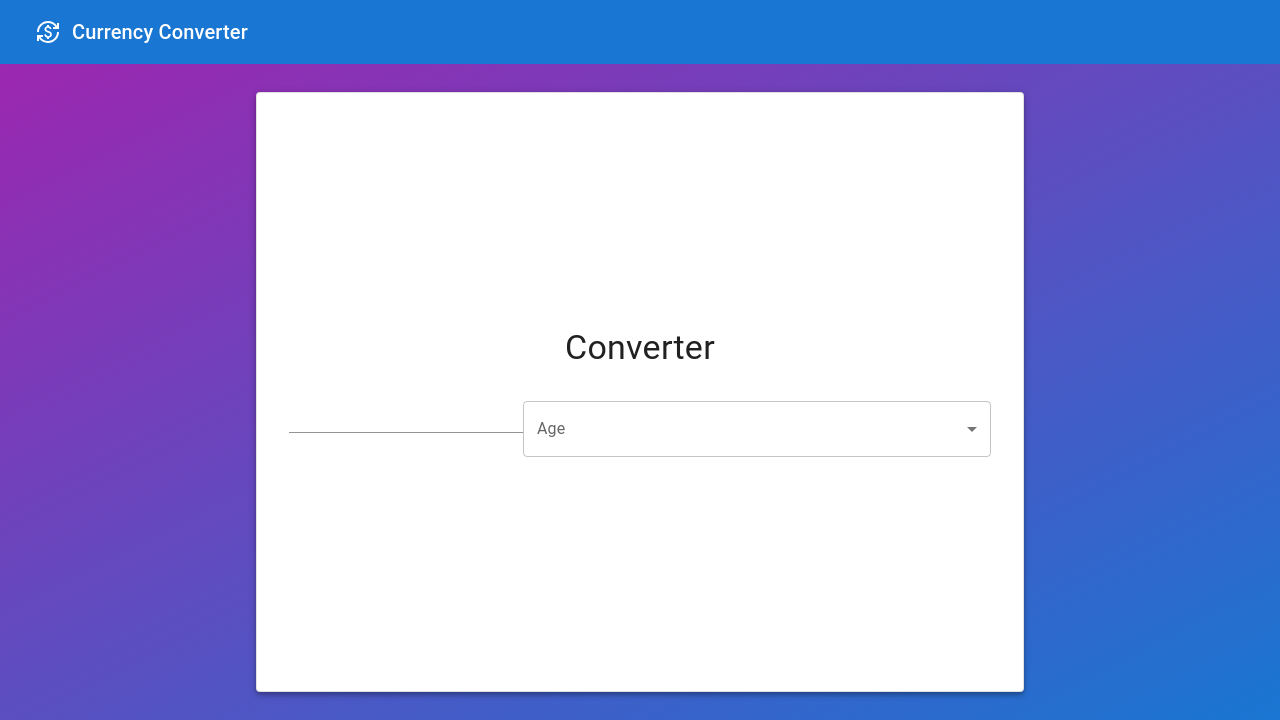
Repository: rutsguifd/currency-converter
Page: /
These files come from the project's save history. The page is drawn as it stood at one moment and after the next save; the edit follows.
The browser window is 1280 px wide. The pictures show the whole page.
The project was rebuilt for these pictures with package versions that can differ from the ones it lists, and the page was loaded fresh each time. Also part of the build but not shown: src/components/ErrorBoundary.jsx.

Above is the page before, as saved 2023-03-27 23:53:43.

### src/index.js
import { CssBaseline } from "@mui/material";
import React from "react";
import ReactDOM from "react-dom/client";
import { Provider } from "react-redux";
import { BrowserRouter } from "react-router-dom";
import App from "./App";
import { setupStore } from "./store";

const store = setupStore();

const root = ReactDOM.createRoot(document.getElementById("root"));
root.render(
  <Provider store={store}>
    <BrowserRouter>
      <CssBaseline>
        <App />
      </CssBaseline>
    </BrowserRouter>
  </Provider>
);

### src/App.js
import AppRouter from "./router/AppRouter";

function App() {
  return (
    <>
      <AppRouter />
    </>
  );
}

export default App;

### src/store/index.js
import { combineReducers, configureStore } from "@reduxjs/toolkit";
import { ConverterAPI } from "./ConverterService";

const rootReducer = combineReducers({
  [ConverterAPI.reducerPath]: ConverterAPI.reducer,
});

export const setupStore = () => {
  return configureStore({
    reducer: rootReducer,
    middleware: (getDefaultMiddleware) =>
      getDefaultMiddleware().concat(ConverterAPI.middleware),
  });
};

### src/router/AppRouter.jsx
import React from "react";
import { Route, Routes } from "react-router-dom";
import ErrorBoundary from "../components/ErrorBoundary";
import HomePage from "../pages/HomePage";

const AppRouter = () => {
  return (
    <Routes>
      <Route path="/" element={<HomePage />} />
      <Route path="/error" element={<ErrorBoundary />} />
    </Routes>
  );
};

export default AppRouter;

### src/store/ConverterService.js
import { createApi, fetchBaseQuery } from "@reduxjs/toolkit/dist/query/react";

const BASE_URL = "https://api.apilayer.com/exchangerates_data/";

const BASE_QUERY = fetchBaseQuery({
  baseUrl: BASE_URL,
  prepareHeaders: (headers) => {
    headers.set("apikey", "3yTPGVUhUYyAGGgNkKb2MySzxmY4qcWi");
    return headers;
  },
});

export const ConverterAPI = createApi({
  reducerPath: "ConverterAPI",
  baseQuery: BASE_QUERY,
  tagTypes: ["ConverterAPI"],
  endpoints: (build) => ({
    getLatestCurrency: build.query({
      query: ({ symbols, base }) => `latest?symbols=${symbols}&base=${base}`,
    }),
  }),
});

### src/pages/HomePage.jsx
import React from "react";
import ConvertContainer from "../components/ConvertContainer";
import MainLayout from "../layout/MainLayout";

const HomePage = () => {
  return (
    <MainLayout>
      <ConvertContainer />
    </MainLayout>
  );
};

export default HomePage;

### src/components/ConvertContainer.jsx
import { Container, useTheme } from "@mui/material";
import React from "react";
import Convert from "./Convert";

const ConvertContainer = () => {
  const theme = useTheme();

  return (
    <Container
      maxWidth={false}
      disableGutters
      sx={{
        display: "flex",
        justifyContent: "center",
        alignItems: "center",
        minHeight: "calc(100vh - 64px)",
        background: `linear-gradient(to right bottom, ${theme.palette.secondary.main},  ${theme.palette.primary.main})`,
      }}
    >
      <Convert />
    </Container>
  );
};

export default ConvertContainer;

### src/layout/MainLayout.jsx
import React from "react";
import Header from "../components/Header";

const MainLayout = ({ children }) => {
  return (
    <>
      <Header />
      {children}
    </>
  );
};

export default MainLayout;

### src/components/Convert.jsx
import {
  Box,
  FormControl,
  InputLabel,
  MenuItem,
  Paper,
  Select,
  TextField,
  Typography,
} from "@mui/material";
import React from "react";

const Convert = () => {
  return (
    <Paper
      variant="outlined"
      sx={{
        p: 4,
        display: "flex",
        flexDirection: "column",
        alignItems: "center",
        justifyContent: "center",
        width: "60vw",
        minWidth: "400px",
        height: "60vh",
        minHeight: "600px",
        gap: 4,
        boxShadow: 4,
      }}
    >
      <Typography variant="h4">Converter</Typography>
      <Box display="flex" flexDirection="row" width="100%">
        <TextField variant="standard" sx={{ width: "50%" }} />
        <FormControl fullWidth>
          <InputLabel id="demo-simple-select-label">Age</InputLabel>
          <Select
            labelId="demo-simple-select-label"
            id="demo-simple-select"
            // value={age}
            // label="Age"
            // onChange={handleChange}
          >
            <MenuItem value={10}>Ten</MenuItem>
            <MenuItem value={20}>Twenty</MenuItem>
            <MenuItem value={30}>Thirty</MenuItem>
          </Select>
        </FormControl>
      </Box>
    </Paper>
  );
};

export default Convert;

### src/components/Header.jsx
import {
  AppBar,
  Box,
  CircularProgress,
  IconButton,
  Toolbar,
  Typography,
} from "@mui/material";
import CurrencyExchangeIcon from "@mui/icons-material/CurrencyExchange";
import EuroSymbolIcon from "@mui/icons-material/EuroSymbol";
import AttachMoneyIcon from "@mui/icons-material/AttachMoney";
import React from "react";
import { ConverterAPI } from "../store/ConverterService";
import { useNavigate } from "react-router-dom";

const Header = () => {
  const navigate = useNavigate();

  //   const {
  //     data: USDData,
  //     error: USDError,
  //     isLoading: USDLoading,
  //   } = ConverterAPI.useGetLatestCurrencyQuery({
  //     symbols: "UAH",
  //     base: "USD",
  //   });
  //   const {
  //     data: EURData,
  //     error: EURError,
  //     isLoading: EURLoading,
  //   } = ConverterAPI.useGetLatestCurrencyQuery({
  //     symbols: "UAH",
  //     base: "EUR",
  //   });
  //   if (USDError || EURError) {
  //     return navigate("/error");
  //   }
  return (
    <Box sx={{ flexGrow: 1 }}>
      <AppBar position="static">
        <Toolbar>
          <IconButton size="large" color="inherit">
            <CurrencyExchangeIcon />
          </IconButton>
          <Typography variant="h6" component="div" sx={{ flexGrow: 1 }}>
            Currency Converter
          </Typography>
          {/* <Box margin={2} display="flex" flexDirection="row">
            <EuroSymbolIcon />
            {EURLoading ? (
              <CircularProgress />
            ) : (
              <Typography>{EURData.rates.UAH}</Typography>
            )}
          </Box>
          <Box margin={2} display="flex" flexDirection="row">
            <AttachMoneyIcon />
            {USDLoading ? (
              <CircularProgress />
            ) : (
              <Typography>{USDData.rates.UAH}</Typography>
            )}
          </Box> */}
        </Toolbar>
      </AppBar>
    </Box>
  );
};

export default Header;

Loaded but not shown: public/index.html (common file)

After the next save:
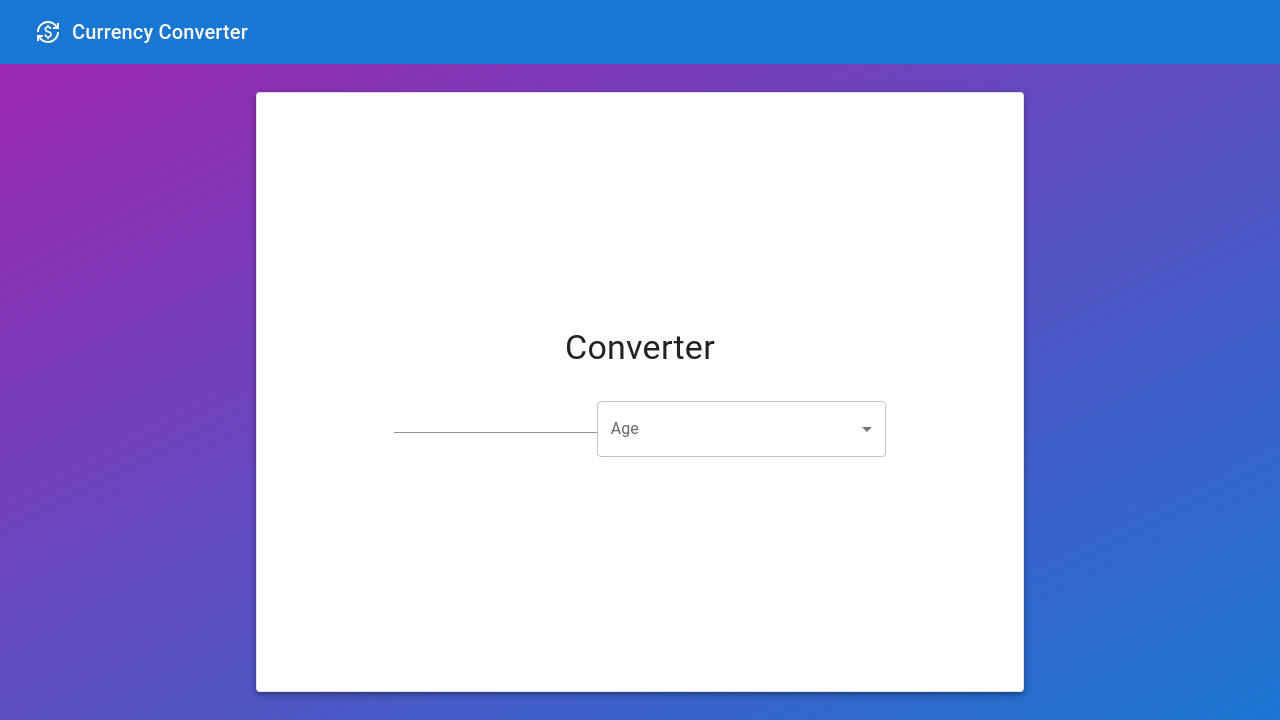
Saved 21 s later.
--- a/src/components/Convert.jsx
+++ b/src/components/Convert.jsx
@@ -29,8 +29,8 @@ const Convert = () => {
       }}
     >
       <Typography variant="h4">Converter</Typography>
-      <Box display="flex" flexDirection="row" width="100%">
-        <TextField variant="standard" sx={{ width: "50%" }} />
+      <Box display="flex" flexDirection="row" width="70%">
+        <TextField variant="standard" sx={{ width: "70%" }} />
         <FormControl fullWidth>
           <InputLabel id="demo-simple-select-label">Age</InputLabel>
           <Select
